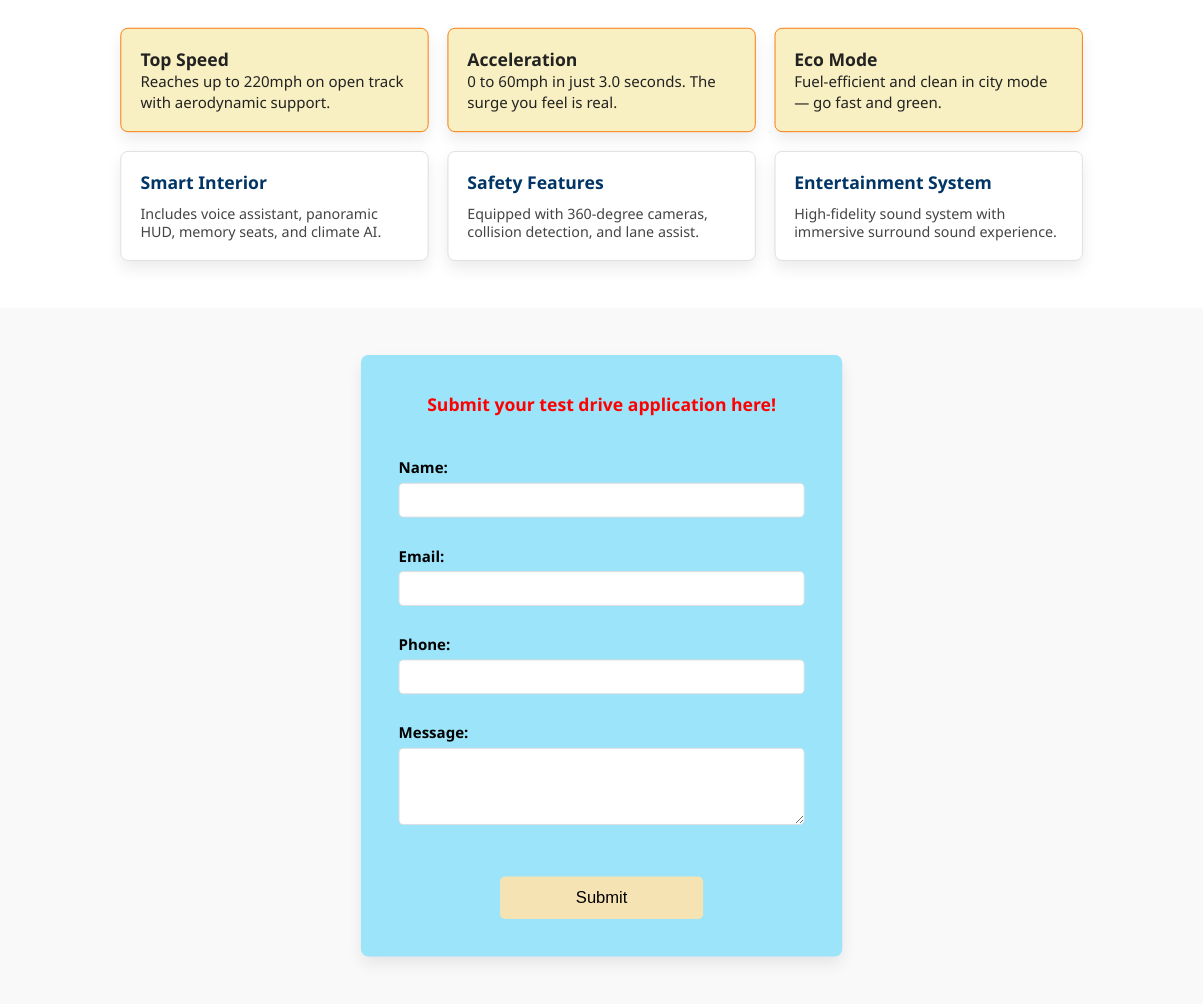
Repository: JiaheSu22/vrooom-responsive-main
Page: index.html
An editor plug-in stored every save of this project. The page is shown before and after the next save, followed by the edit.
The browser window is 1280 px wide. The pictures show the part of the page from y = 740 to 1808 px (the page is 1808 px tall), at 94% of full size.
A picture or video elsewhere on the page could not be fetched, so the positions and the page height are approximate.

Above is the page before, as saved 2025-04-11 15:16:43.

### index.html
<!DOCTYPE html>
<html lang="en">

<head>
  <meta charset="UTF-8">
  <title>Vrooom — Barracuda X10</title>
  <style>
    * {
      box-sizing: border-box;
      margin: 0;
      padding: 0;
    }

    body {
      font-family: 'Segoe UI', sans-serif;
      background-color: #f9f9f9;
      color: #222;
    }

    /* HERO SECTION */
    .hero {
      position: relative;
      height: 100vh;
      width: 100%;
      background-image: url('assets/mercedes-vision-avtr.webp');
      background-repeat: no-repeat;
      background-size: cover;
      background-position: center;
      overflow: hidden;
    }

    /* Optional dark overlay for unifying text+video contrast */
    .hero::before {
      content: "";
      position: absolute;
      inset: 0;
      background: linear-gradient(to right, rgba(0, 0, 0, 0.7), rgba(0, 0, 0, 0.1));
      z-index: 0;
    }

    /* Logo - slightly rotated, floating */
    .hero-logo {
      position: absolute;
      left: 2px;
      width: 30%;
      transform: rotate(-8deg);
      z-index: 0;
    }

    .hero-logo img {
      width: 100%;
    }

    /* Rotated text box */
    .hero-text {
      position: absolute;
      bottom: 3%;
      left: 5%;
      background: rgba(255, 255, 255, 0.1);
      padding: 30px;
      border-left: 6px solid #f6e3b4;
      border-radius: 10px;
      backdrop-filter: blur(1px);
      z-index: 0;

    }

    .hero-text h1 {
      font-size: 3em;
      color: #a0fcf7;
      margin-bottom: 10px;
    }

    .hero-text p {
      font-size: 1.2em;
      color: #fff;
    }

    /* Tilted video box */
    .hero-video {
      position: absolute;
      top: auto;
      bottom: 20px;
      right: 20px;
      box-shadow: 0 10px 20px rgba(0, 0, 0, 0.6);
      z-index: 0;
      border-radius: 5px;
      overflow: hidden;
      transition: transform 0.3s ease;
    }

    .hero-video:hover {
      transform: scale(1.3);
    }

    .hero-video video {
      width: 100%;
      display: block;
      border-radius: 2px;
    }

    /* CARD SECTION */
    .card-section {
      display: flex;
      flex-wrap: wrap;
      justify-content: center;
      gap: 20px;
      padding: 50px 10%;
      background-color: #ffffff;
    }

    .top-card {
      background: rgb(248, 240, 194);
      border: 1px solid #f97705;
      border-radius: 8px;
      box-shadow: 0 8px 16px rgba(0, 0, 0, 0.08);
      padding: 20px;
      width: 32%;
      transition: transform 0.3s ease;
    }

    .card {
      background: white;
      border: 1px solid #ddd;
      border-radius: 8px;
      box-shadow: 0 8px 16px rgba(0, 0, 0, 0.08);
      width: 32%;
      padding: 20px;
      transition: transform 0.3s ease;
    }

    .top-card:hover {
      transform: translateY(10px);
      box-shadow: 0 12px 24px rgba(101, 247, 205, 0.1);
    }

    .card:hover {
      transform: translateY(-5px);
      box-shadow: 0 12px 24px rgba(0, 0, 0, 0.1);
    }

    .card h3 {
      margin-bottom: 10px;
      color: #003566;
    }

    .card p {
      font-size: 0.95em;
      color: #444;
    }

    .form-section {
      display: flex;
      flex-direction: column;
      background: #f9f9f9;
      padding: 50px 10%;
      text-align: center;
    }

    .form-section form {
      display: flex;
      flex-direction: column;
      background: rgb(155, 228, 250);
      border-radius: 8px;
      box-shadow: 0 8px 16px rgba(0, 0, 0, 0.08);
      width: 50%;
      padding: 40px;
      margin: auto;
    }

    .form-section label {
      display: flex;
      font-weight: bold;
      margin-bottom: 5px;
      color: #000000;
    }

    .form-section input,
    textarea {
      width: 100%;
      padding: 10px;
      border: 1px solid #ddd;
      border-radius: 5px;
      margin-bottom: 15px;
    }

    .form-section .form {
      margin-bottom: 15px;
    }

    .form-section button {
      margin: auto;
      background: #f6e3b4;
      color: #000000;
      border: none;
      padding: 12px 25px;
      border-radius: 5px;
      cursor: pointer;
      font-size: 1.1em;
      width: 50%;
      margin-top: 20px;
      transition: background 0.3s ease;
    }

    .form-section button:hover {
      background: #f97705;
      color: #fff;
    }


    /* Responsive Adjustments */
    @media (max-width: 768px) {
      .hero-text {
        position: static;
        margin: 20px auto;
        background: rgba(0, 0, 0, 0.7);
        text-align: center;
      }

      .hero-video {
        position: static;
        width: 90%;
        margin: 20px auto;
      }

      .card-section {

        align-items: center;
        padding: 30px 5%;
      }
    }
  </style>
</head>

<body>

  <!-- HERO SECTION -->
  <section class="hero">

    <!-- Logo -->
    <div class="hero-logo">
      <img src="assets/logo-enh.png" alt="Vrooom Logo">
    </div>

    <!-- Text -->
    <div class="hero-text">
      <h1>Mercedes Vision AVTR</h1>
      <p>A marriage between art and science.</p>
    </div>

    <!-- Video -->
    <div class="hero-video">
      <video autoplay loop muted>
        <source src="assets/avtr-demo.mp4" type="video/mp4">
        Your browser does not support the video tag.
      </video>
    </div>

  </section>

  <!-- CARD SECTION -->
  <section class="card-section">
    <div class="top-card">
      <h3>Top Speed</h3>
      <p>Reaches up to 220mph on open track with aerodynamic support.</p>
    </div>
    <div class="top-card">
      <h3>Acceleration</h3>
      <p>0 to 60mph in just 3.0 seconds. The surge you feel is real.</p>
    </div>
    <div class="top-card">
      <h3>Eco Mode</h3>
      <p>Fuel-efficient and clean in city mode — go fast and green.</p>
    </div>
    <div class="card">
      <h3>Smart Interior</h3>
      <p>Includes voice assistant, panoramic HUD, memory seats, and climate AI.</p>
    </div>
    <div class="card">
      <h3>Safety Features</h3>
      <p>Equipped with 360-degree cameras, collision detection, and lane assist.</p>
    </div>
    <div class="card">
      <h3>Entertainment System</h3>
      <p>High-fidelity sound system with immersive surround sound experience.</p>
    </div>
  </section>

  <section class="form-section">
    <form action="">
      <h3 style="color: red;">Submit your test drive application here!</h3> <br><br>
      <div class="form">
        <label for="name">Name:</label>
        <input type="text" id="name" name="name" required>
      </div>
      <div class="form">
        <label for="email">Email:</label>
        <input type="email" id="email" name="email" required>
      </div>
      <div class="form">
        <label for="phone">Phone:</label>
        <input type="tel" id="phone" name="phone" required>
      </div>
      <div class="form">
        <label for="message">Message:</label>
        <textarea id="message" name="message" rows="4" required></textarea>
      </div>
      <button type="submit">Submit</button>
    </form>
  </section>
</body>

</html>

After the next save:
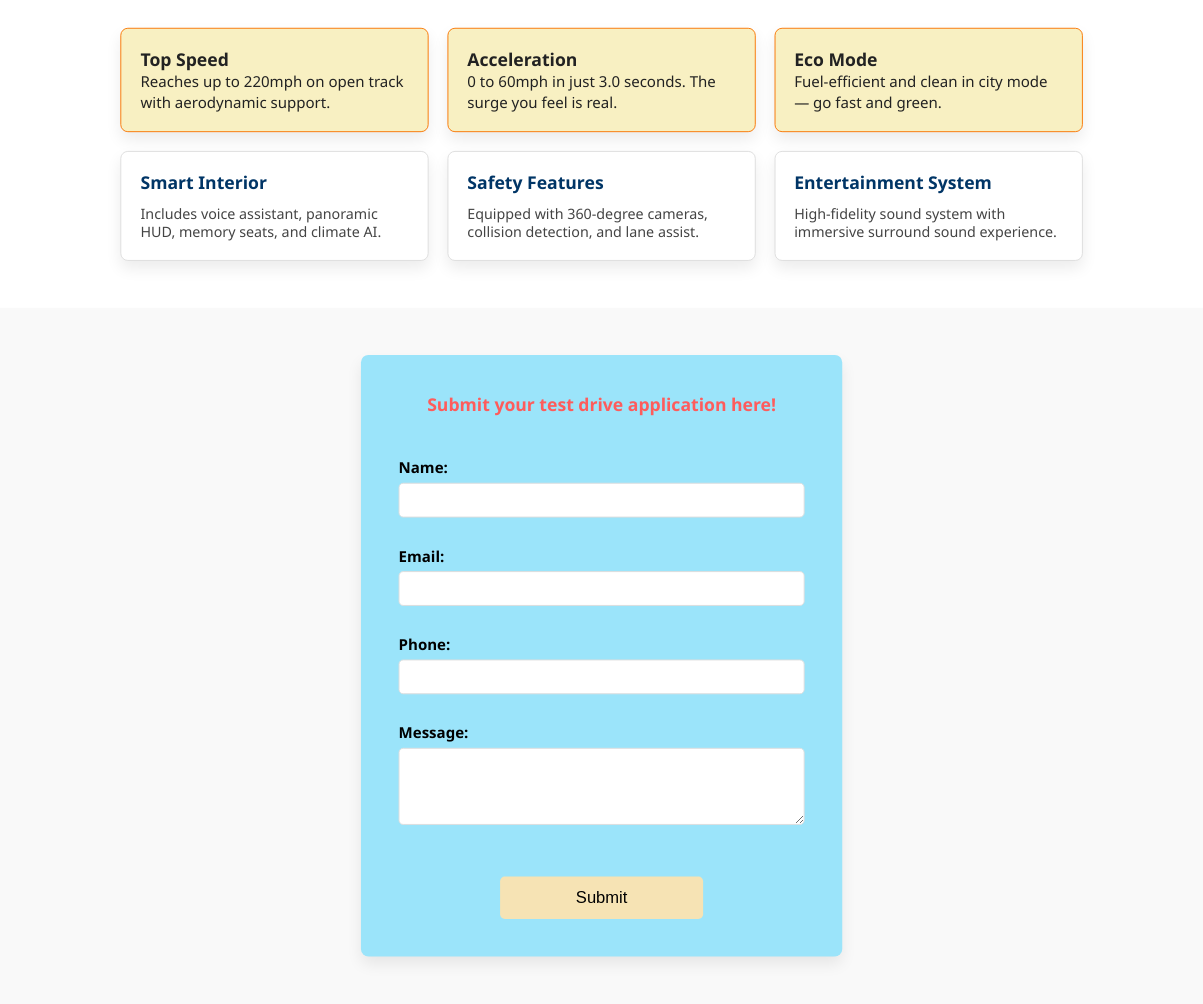
Saved 11 s later.
--- a/index.html
+++ b/index.html
@@ -288,7 +288,7 @@
 
   <section class="form-section">
     <form action="">
-      <h3 style="color: red;">Submit your test drive application here!</h3> <br><br>
+      <h3 style="color: rgb(254, 92, 92);">Submit your test drive application here!</h3> <br><br>
       <div class="form">
         <label for="name">Name:</label>
         <input type="text" id="name" name="name" required>
